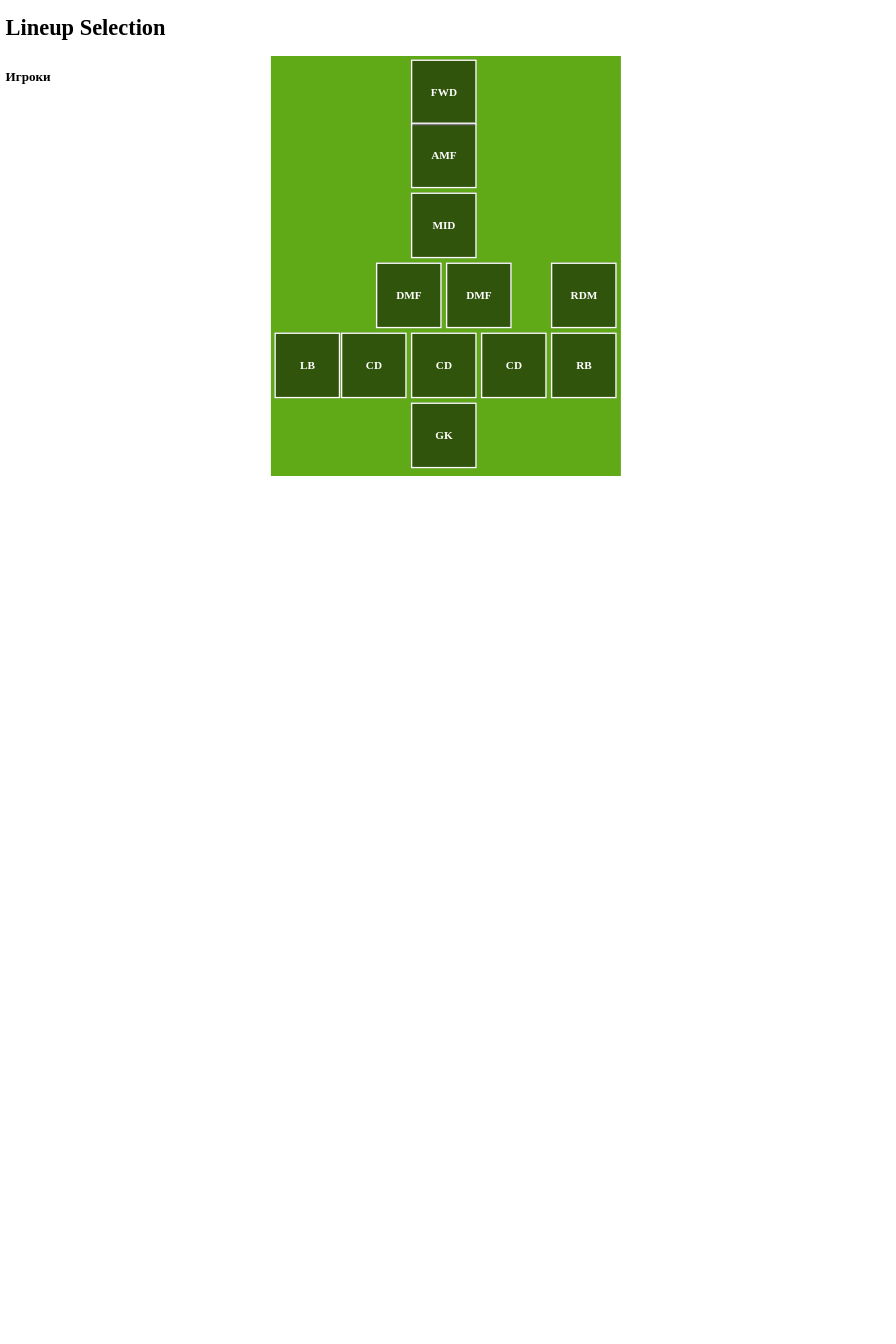
Repository: greatgreek73/soccergame
Page: http://localhost/lineup-selection/
The author's editor kept a copy of each file at every save. The page is drawn from the files as they stood at one save, then again after the next save.
The browser window is 1280 px wide. The pictures show the part of the page from y = 0 to 1920 px (the page is 3124 px tall before and 720 px after), at 70% of full size.
Some web libraries are served in a nearby version. The page is served by the project's application, run on Django 4.2 (manage.py). A made-up administrator, testuser (Test User, test@example.com), is signed in. Queries for data that is not in the repository find no rows.

Above is the page before, as saved 2024-04-19 20:51:57.

After the next save:
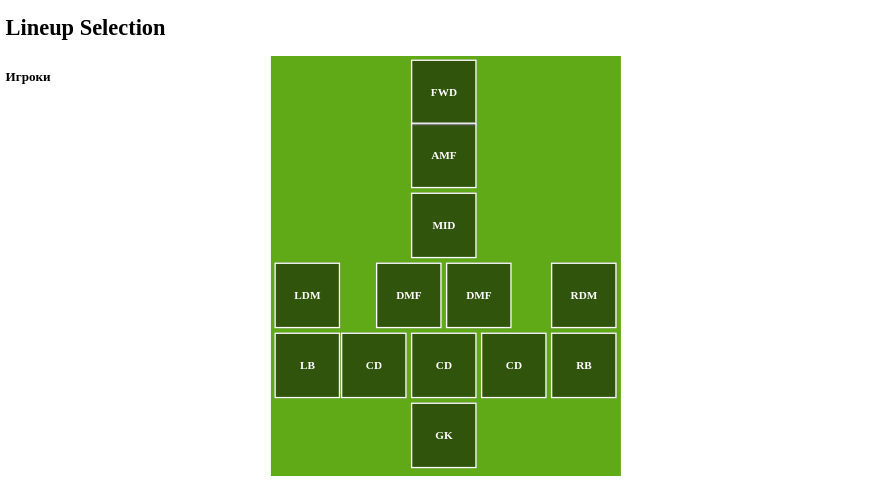
Saved 39 s later.
--- a/players/templates/lineup_selection.html
+++ b/players/templates/lineup_selection.html
@@ -184,7 +184,7 @@
             <div class="position" data-position="RB" style="top: 395px; left: 400px;">RB</div>
             <div class="position" data-position="LB" style="top: 395px; left: 5px;">LB</div>
             <div class="position" data-position="RDM" style="top: 295px; left: 400px;">RDM</div>
-            <div class="position" data-position="LDM" style="top: 2950px; left: 5px;">LDM</div>
+            <div class="position" data-position="LDM" style="top: 295px; left: 5px;">LDM</div>
             <div class="position" data-position="MID" style="top: 195px; left: 200px;">MID</div>
             <div class="position" data-position="FWD" style="top: 5px; left: 200px;">FWD</div>
             <div class="position" data-position="DMF" style="top: 295px; left: 250px;">DMF</div>
